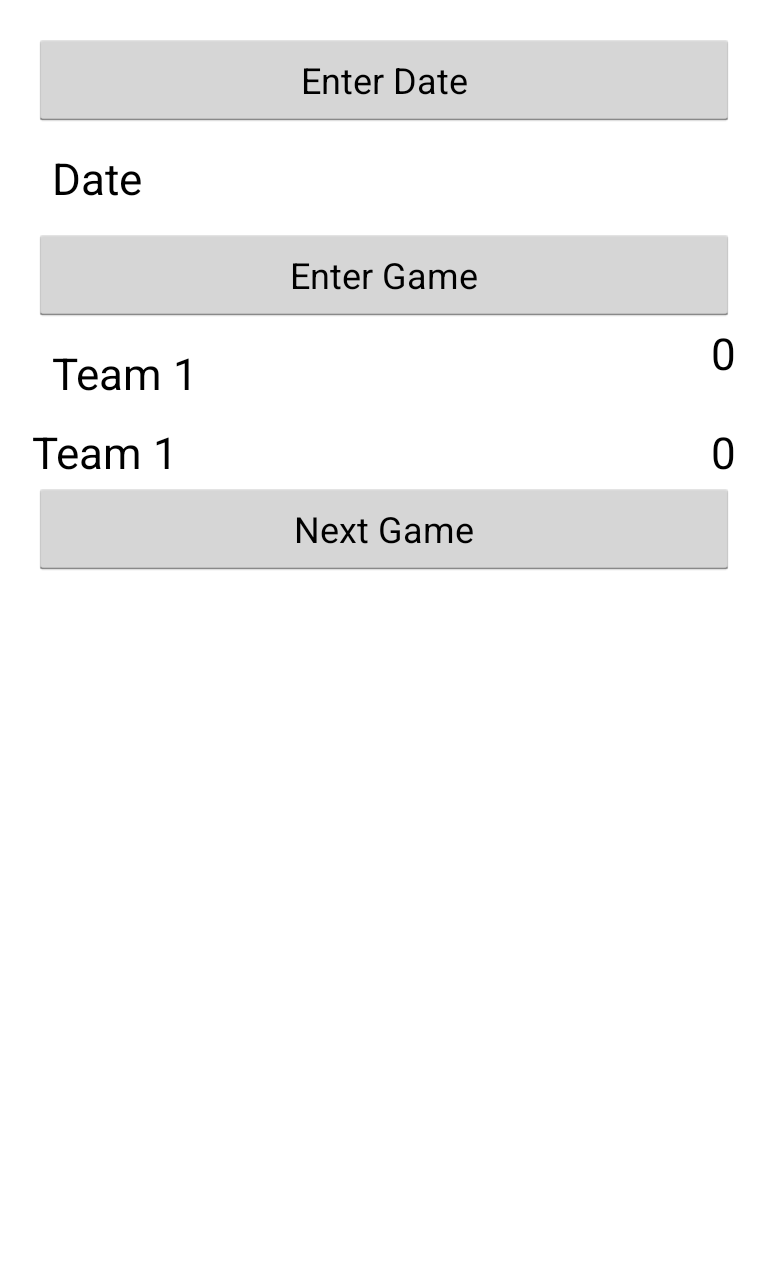
Repository: shervinshaikh/Android
Layout: NBAScoreTracker/res/layout/activity_sport_scores.xml
The author's editor kept a copy of each file at every save. The layout is drawn from the files as they stood at one save, then again after the next save.
It is drawn on a 768 x 1280 px phone screen (xhdpi) without system bars, with theme AppTheme; the app's code is not run.

Above is the layout before, as saved 2013-04-27 18:46:28.

After the next save:
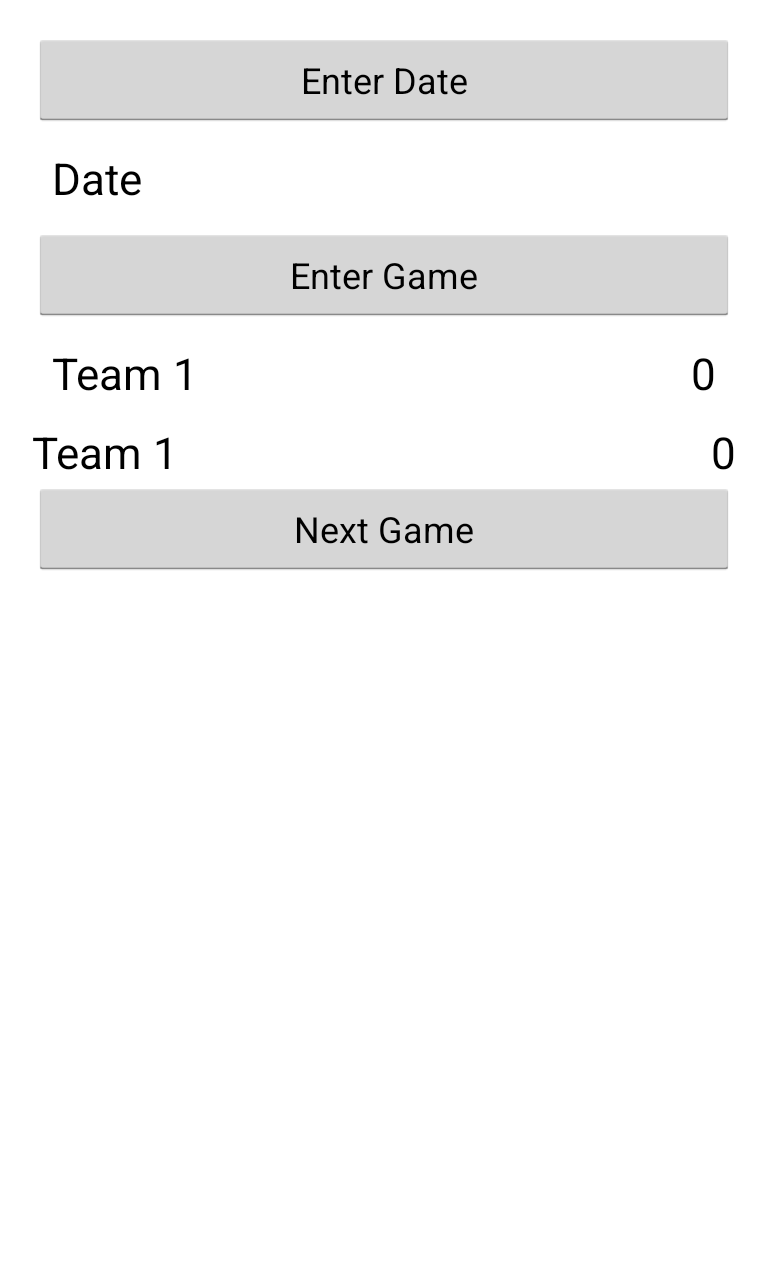
Saved 9 s later.
--- a/NBAScoreTracker/res/layout/activity_sport_scores.xml
+++ b/NBAScoreTracker/res/layout/activity_sport_scores.xml
@@ -55,7 +55,8 @@
             android:text="@string/zero"
             android:textAppearance="?android:attr/textAppearanceLarge"
             android:layout_alignParentRight="true"
-        	android:layout_alignParentTop="true" />
+        	android:layout_alignParentTop="true"
+        	android:padding="10dip" />
 
     </RelativeLayout>
 
